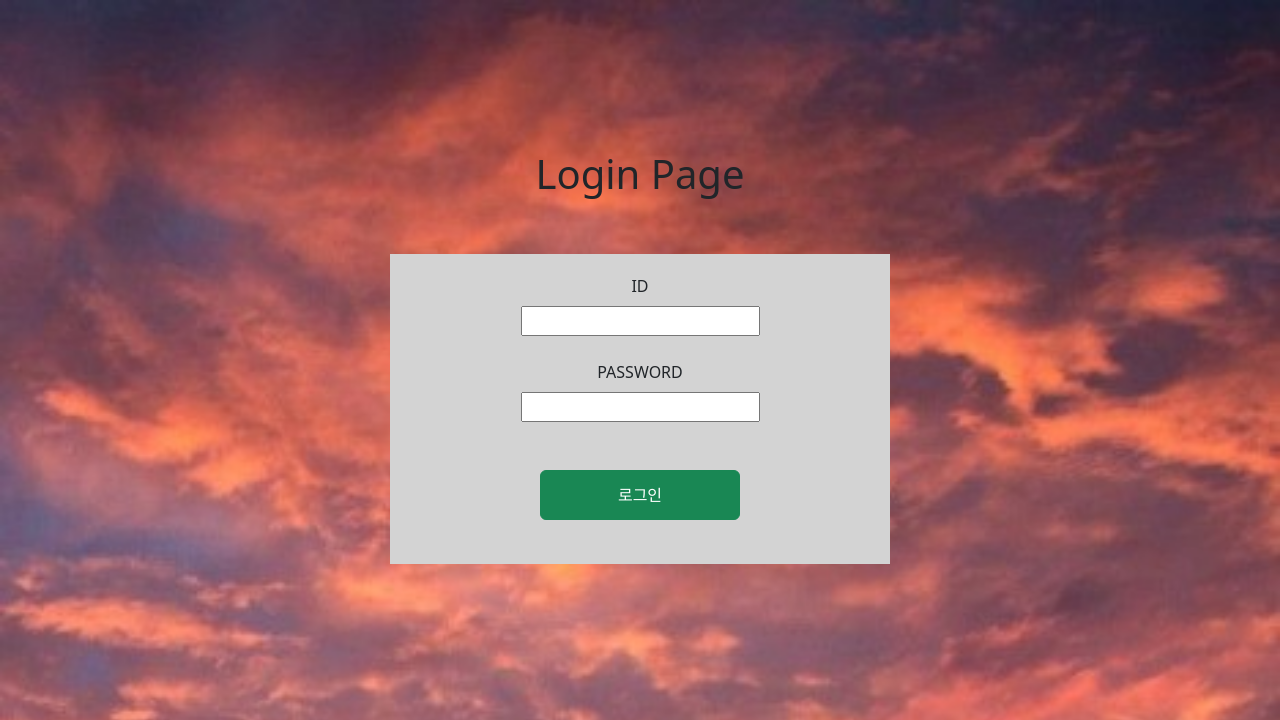
Repository: doridori890130/JSP
Page: http://localhost/jsp_project/mem/login
An editor plug-in stored every save of this project. The page is shown before and after the next save, followed by the edit.
The browser window is 1280 px wide. The pictures show the whole page.
The page is served by Tomcat 9.

Above is the page before, as saved 2023-06-01 04:25:20.

After the next save:
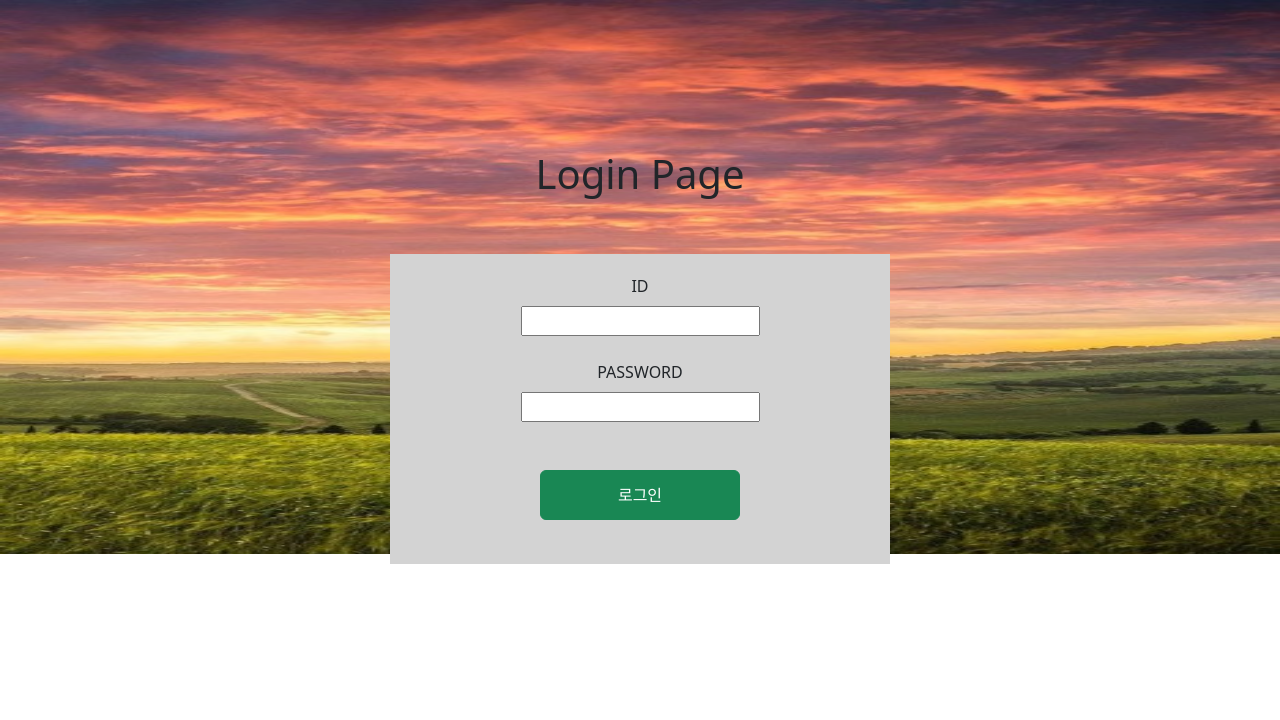
Saved 9 s later.
--- a/jsp_project4/jsp_project/src/main/webapp/member/login.jsp
+++ b/jsp_project4/jsp_project/src/main/webapp/member/login.jsp
@@ -11,7 +11,7 @@
  body{
  	background-image: url("/img/노을.jpg");
  	background-repeat: no-repeat;
- 	background-size: 100%;
+ 	background-size: 100% 100%;
  }
  H1{
  	text-align: center;
